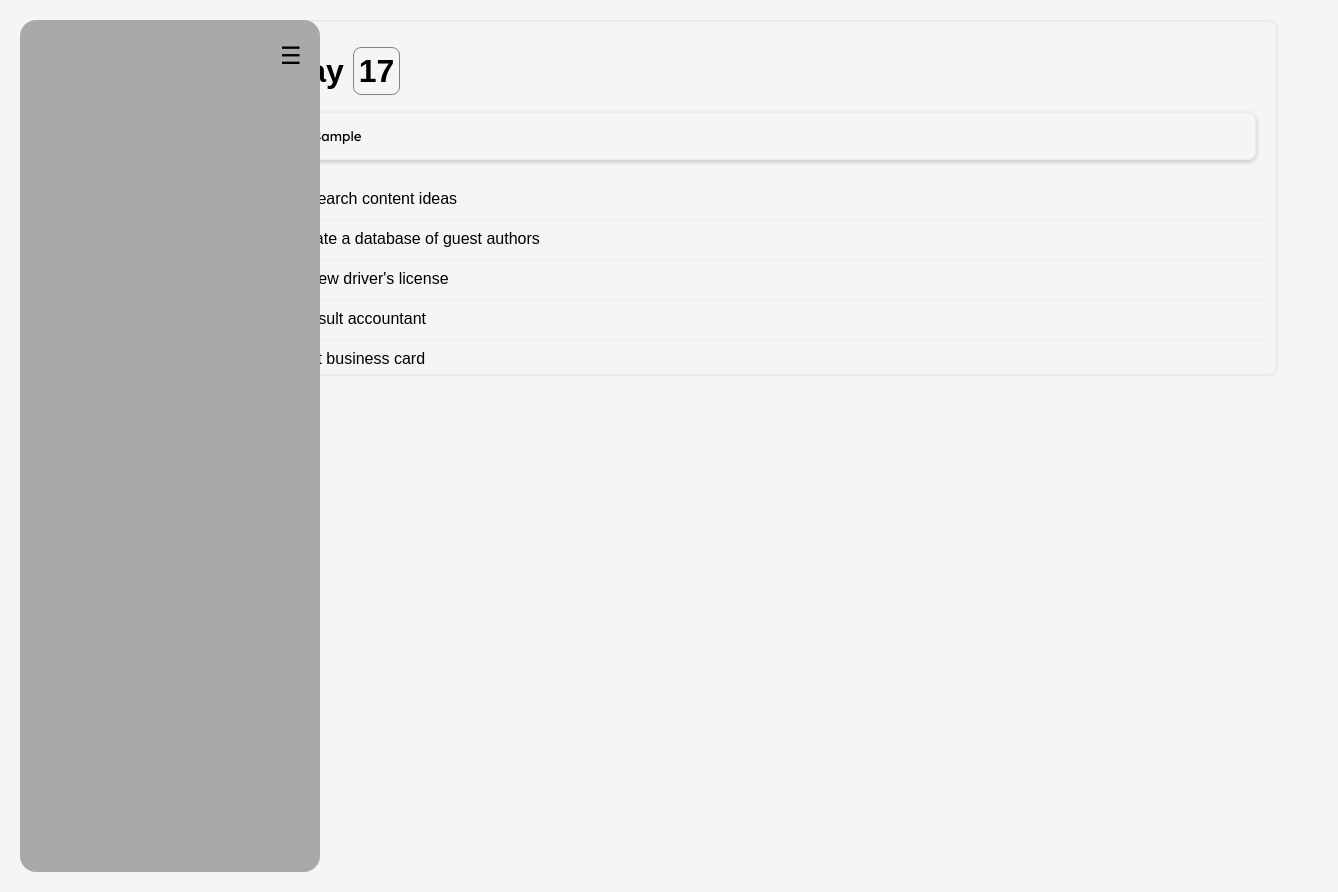
Repository: WeyehnR/Todo-App-e8719e15efb8a3743d14c47aa9ae2115442426d2
Page: Client/index.html
An editor plug-in stored every save of this project. The page is shown before and after a run of saves, followed by the edit.
The browser window is 1280 px wide. The page is 1280 px wide, then 1338 px, so the pictures cover 1338 px, including what lies to the right of the window. The pictures show the whole page.
Empty fields were first filled with sample values (such as "Sample", 5 or name@example.com).
After loading, the first visible `#ham-menu-toggle` was clicked once.

Above is the page before, as saved 2023-11-17 15:38:25.

### Client/index.html
<!DOCTYPE html>
<html lang="en">
<head>
    <meta charset="UTF-8">
    <meta name="viewport" content="width=device-width, initial-scale=1.0">
    <title>Todo List Application</title>
    <link href="https://fonts.googleapis.com/css2?family=Lexend+Deca&display=swap" rel="stylesheet">
    <link rel="stylesheet" href="styles.css">
</head>
<body>
    <div class="menu-container">
        <div class="hamburger" id="ham-menu-toggle">&#9776;</div>
        <div class="menu-card" id="menu-card">
            <!-- Content of the expanded gray card goes here -->
        </div>
    </div>
    <div class="todo-container">
        <div class="date-header">
          <h1>Today <span id="dayOfMonth"></span></h1>
        </div>
        <div class="add-task">
            <input type="text" placeholder="Add New Task" id="new-task-input">
            <button id="add-task-btn">+</button>
        </div>
        <ul class="todo-list">
            <li><input type="checkbox" id="task-1"><label for="task-1">Research content ideas</label></li>
            <li><input type="checkbox" id="task-2"><label for="task-2">Create a database of guest authors</label></li>
            <li><input type="checkbox" id="task-3"><label for="task-3">Renew driver's license</label></li>
            <li><input type="checkbox" id="task-4"><label for="task-4">Consult accountant</label></li>
            <li><input type="checkbox" id="task-5"><label for="task-5">Print business card</label></li>
        </ul>
    </div>
    <div class="menu-card" id="menu-card">
        <!-- Content of the expanded gray card goes here -->
    </div>
    <script src="main.js"></script>
</body>
</html>

### Client/styles.css

body {
    font-family: 'Arial', sans-serif;
    background-color: whitesmoke;
    margin: 0;
    padding: 20px;
}

.todo-container {
    top: 20px;
    left: 80px;
    right: 80px;
    width: 1038px;
    height: 356px;
    position: absolute;
    background-color: rgba(250,250,250,0);
    border-radius: 8px;
    border: 2px solid #ebebeb;
    box-sizing: border-box;
    padding: 10px;
    flex-grow: 1;
    transition: margin-left 0.3s ease; /* Add a transition for smooth shifting */
}

/* Shift the todo-container when the menu card is expanded */
.todo-container.expanded {
    margin-left: 320px; /* Match the width of the menu card */
    top: 20px;
    left: -80px;
}

#dayOfMonth {
    border: 1px solid #838181;
    border-radius: 8px;
    padding: 5px;
}

.header {
    display: flex;
    align-items: center;
}
/* Style for the hamburger icon */
.hamburger {
    position:absolute;
    font-size: 24px; /* Adjust the size as needed */
    top: 40px; /* Adjust the top position for the icon */
    left: 25px; /* Adjust the left position for the icon */
    cursor: pointer;
    font-family: 'Lexend Deca';
    z-index: 2;
}

.hamburger.expanded {
    top: 40px; /* Align with the top of the expanded menu card */
    left: 280px; /* Align with the left of the expanded menu card */
}


.menu-container{
    display: flex;
}

/* Style for the gray menu card */
.menu-card {
    width: 0; /* Initially hidden */
    height: 100%;
    overflow: hidden;
    transition: width 0.3s ease; /* Add a transition for smooth expansion */
    z-index: 1; /* Ensure the menu card is above other content */
}

/* Style for the content within the menu card */
.menu-card-content {
    padding: 20px;
    /* Add additional styling as needed for the expanded card content */
}

/* Adjust the width when the menu card is expanded */
.menu-card.expanded {
    width: 300px; /* Adjust the width as desired */
    background-color: darkgray; /* Adjust the text color as desired */
    top: 24px;
    left: 24px;
    height: 852px;
    border-radius: 16px;
}



.header h1 {
    margin: 0;
    font-size: 24px;
}

.header span {
    color: #888;
}

.add-task input {
    width: 100%;
    padding: 10px;
    margin-bottom: 20px;
    border: 1px solid #ddd;
    box-sizing: border-box;
}

.todo-list {
    list-style: none;
    padding: 0;
    margin: 0;
}

.todo-list li {
    padding: 10px;
    border-bottom: 1px solid #eee;
    display: flex;
    align-items: center;
}

.todo-list li:last-child {
    border-bottom: none;
}

input[type="checkbox"] {
    margin-right: 10px;
}

/* You can add more styles for checked tasks or interactive states */

/* ... other styles ... */

.add-task {
    display: flex;
    align-items: center;
    position: relative; /* Add this line */
}

.add-task input[type="text"] {
    top: 120px;
    left: 378px;
    width: 1038px;
    height: 48px;
    background-color: rgba(250,250,250,0);
    border-radius: 8px;
    border: 1px solid #ebebeb;
    box-sizing: border-box;
    flex-grow: 1;
    padding: 10px;
    padding-left: 60px; /* Add space for the button */
    margin-right: 10px;
    box-shadow: 0 2px 5px rgba(0, 0, 0, 0.2);
    font-family: 'Lexend Deca';
}


.add-task button {
    position: absolute; /* Add this line */
    left: 10px; /* Adjust as needed */
    top: 35%;
    transform: translateY(-50%); /* This centers the button vertically */
    display: flex;
    justify-content: center;
    align-items: center;
    padding: 1px 15px;
    border: none;
    border-radius: 50%; /* This creates the round shape for the button */
    background-color: rgb(255, 255, 255); /* Replace with the desired button color */
    color: gray;
    font-size: 25px;
    cursor: pointer;
    font-family: 'Lexend Deca';
}

/* ... rest of the styles ... */

/* Styles to ensure the input and button are aligned properly */
.add-task input[type="text"], .add-task button {

    line-height: 40px; /* Adjust line height to vertically center the text */
}

/* Adding some interactivity to the button */
.add-task button:hover {
    background-color: rgb(185, 181, 181); /* Darker shade when hovering */
}

/* ... additional styles and responsive adjustments ... */

### Client/main.js
const getElementById = (element) => document.getElementById(element);
const querySelector = (element) => document.querySelector(element);
document.addEventListener("DOMContentLoaded", function () {
    // Your JavaScript code here
    const currentDate = new Date();
    const dayOfMonth = currentDate.getDate();
    const dayOfMonthElement = getElementById("dayOfMonth");
    dayOfMonthElement.textContent = dayOfMonth;
});

// Get references to the hamburger icon, menu card, and todo-container
const hamburger = document.getElementById("ham-menu-toggle");
const menuCard = document.getElementById("menu-card");
const todoContainer = document.querySelector(".todo-container");

// Add a click event listener to toggle the menu card's expanded state
hamburger.addEventListener("click", () => {
  menuCard.classList.toggle("expanded");
  todoContainer.classList.toggle("expanded");
  hamburger.classList.toggle("expanded");
});

After the next 2 saves:
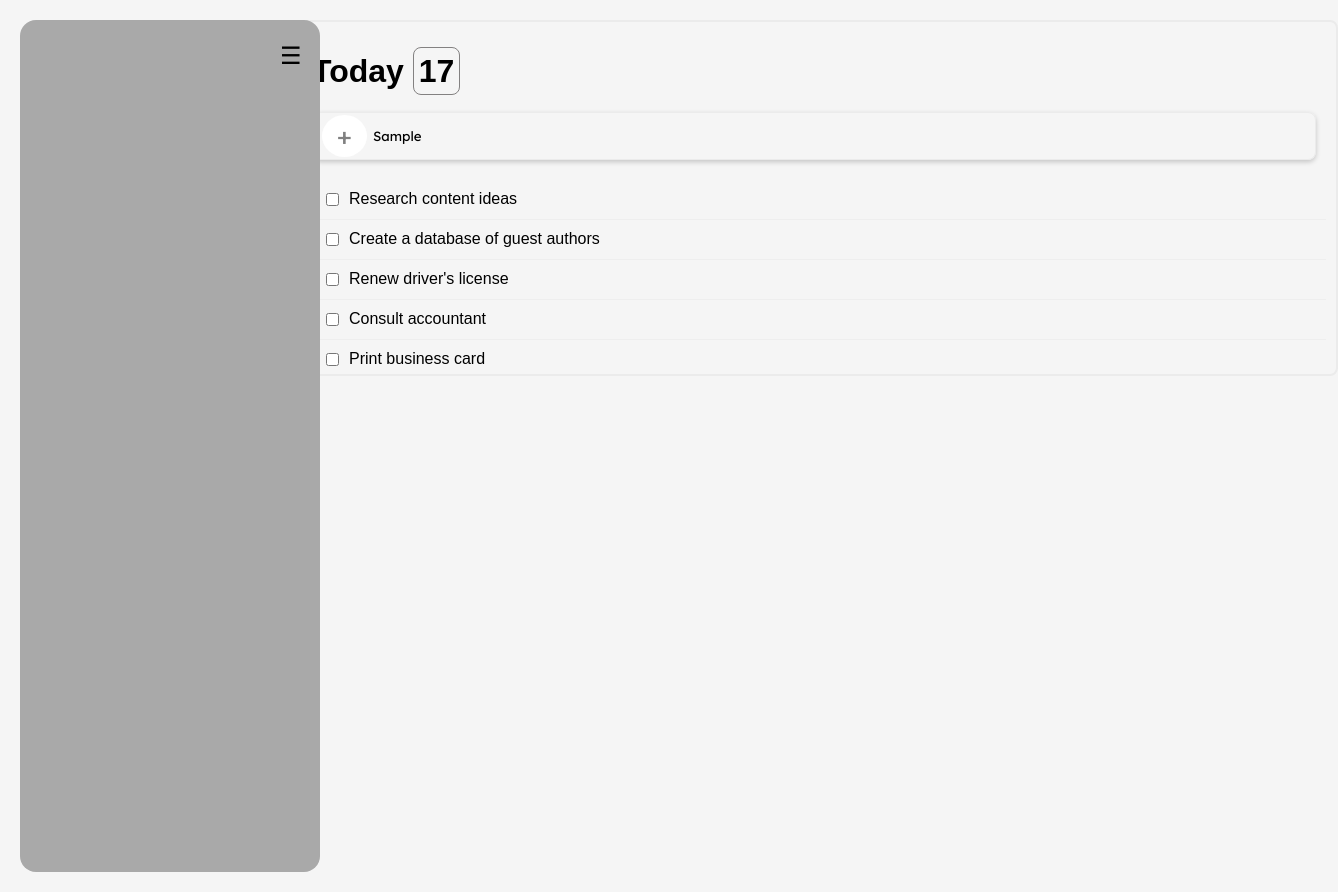
The 2 saves are shown as one change because they came seconds apart.
The last was saved 9 s later.
--- a/Client/styles.css
+++ b/Client/styles.css
@@ -26,7 +26,7 @@ body {
 .todo-container.expanded {
     margin-left: 320px; /* Match the width of the menu card */
     top: 20px;
-    left: -80px;
+    left: -20px;
 }
 
 #dayOfMonth {
